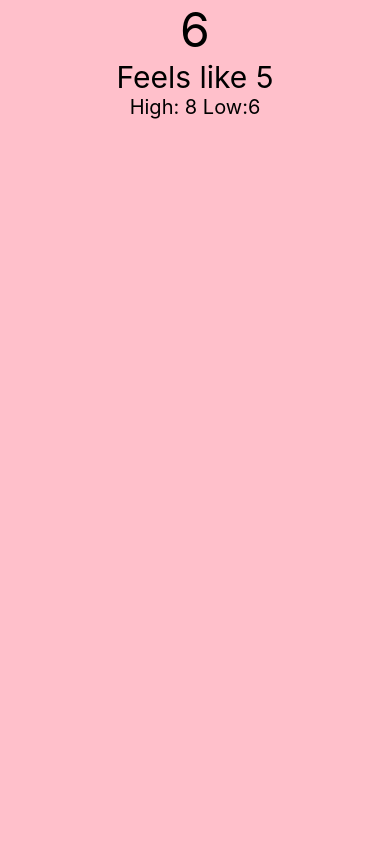
Repository: braduku28/react-weather-app
Screen: / (app in WeatherApp/)
An editor plug-in stored every save of this project. The screen is shown before and after the next save, followed by the edit.
The app was drawn by React Native's web renderer in a window 390 px wide. The project was rebuilt for these pictures with package versions that can differ from the ones it lists, and the page was loaded fresh each time.

Above is the screen before, as saved 2023-10-10 14:38:37.

### WeatherApp/App.tsx
import React from "react";

import { View, Text, SafeAreaView, StyleSheet } from "react-native";

const App = () =>{
  return (
    <SafeAreaView style={styles.wrapper}>
      <View style={styles.container}>
        <Text style={styles.temp}>6</Text>
        <Text style={styles.feels}>Feels like 5</Text>
      <View style={styles.highLowWrapper}>
        <Text style={styles.highLow}>High: 8</Text>
        <Text style={styles.highLow}> Low:6</Text>
      </View>
      </View>
    </SafeAreaView>
  );
}
const styles=StyleSheet.create({
  container:{
    flex:1,
    backgroundColor:"pink",
    alignItems:"center"
  },
  wrapper:{
    flex:1
  },
  temp:{
    color:"black",
    fontSize:48
  },
  feels:{
    color:"black",
    fontSize:30
  },
  highLow:{
    color:"black",
    fontSize:20
  },
  highLowWrapper:{
flexDirection:"row"
  }
});

export default App;

After the next save:
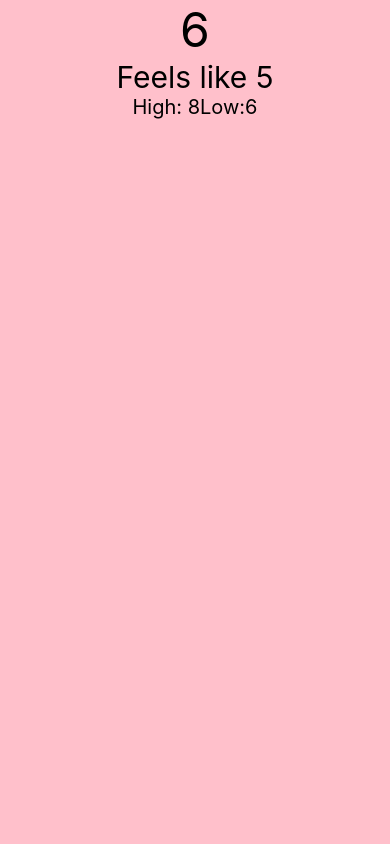
Saved 6 s later.
--- a/WeatherApp/App.tsx
+++ b/WeatherApp/App.tsx
@@ -10,7 +10,7 @@ const App = () =>{
         <Text style={styles.feels}>Feels like 5</Text>
       <View style={styles.highLowWrapper}>
         <Text style={styles.highLow}>High: 8</Text>
-        <Text style={styles.highLow}> Low:6</Text>
+        <Text style={styles.highLow}>Low:6</Text>
       </View>
       </View>
     </SafeAreaView>
